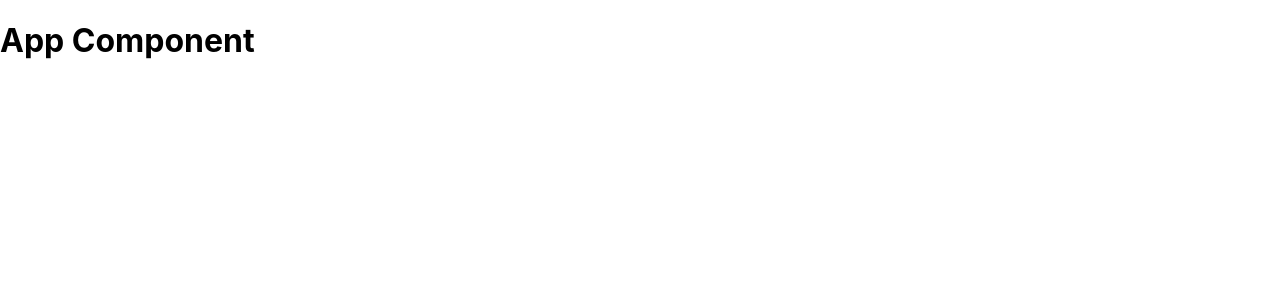
Repository: Akshaykulkarni995/React-Routes
Page: / (app in react-routers/)
An editor plug-in stored every save of this project. The page is shown before and after a run of saves, followed by the edit.
The browser window is 1280 px wide. The pictures show the whole page.
The project was rebuilt for these pictures with package versions that can differ from the ones it lists, and the page was loaded fresh each time. Also part of the build but not shown: react-routers/src/user.js, react-routers/src/visit.js, react-routers/src/notfound.js.

Above is the page before, as saved 2021-02-28 18:12:05.

### react-routers/src/index.js
import React from 'react';
import ReactDOM from 'react-dom';
import {Route,Link,Switch,BrowserRouter as Router} from 'react-router-dom'
import './index.css';
import App from './App';
import user from './user';
import visit from './visit';
import notfound from './notfound';

const routing = (
//inside of this router we create multiple route
  <Router>
    <div>

    </div>
    <Switch>
    <Route exact path ="/" component = {App} />
    <Route  path ="/react-routes" component = {user} />
    <Route  path ="/react-routing" component = {visit} />
    <Route component = {notfound} />
    </Switch>
  </Router>
)
ReactDOM.render( routing,

  document.getElementById('root')
);

### react-routers/src/App.js
import React from 'react';


export default function App() {

    return (
        <div>
             <h1>App Component</h1>
        </div>

    )

}

Loaded but not shown: react-routers/public/index.html (common file); react-routers/src/index.css (common file)

After the next 2 saves:
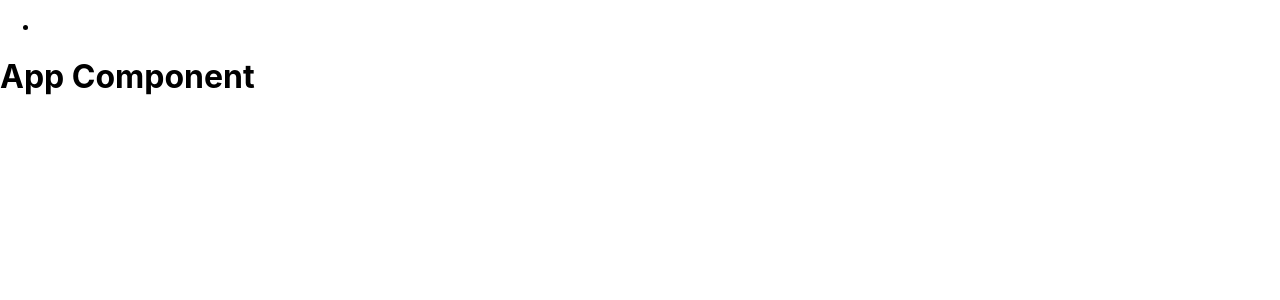
The 2 saves are shown as one change because they came seconds apart.
The last was saved 22 s later.
--- a/react-routers/src/index.js
+++ b/react-routers/src/index.js
@@ -11,7 +11,11 @@ const routing = (
 //inside of this router we create multiple route
   <Router>
     <div>
+      <ul>
+        <li>
 
+        </li>
+      </ul>
     </div>
     <Switch>
     <Route exact path ="/" component = {App} />
